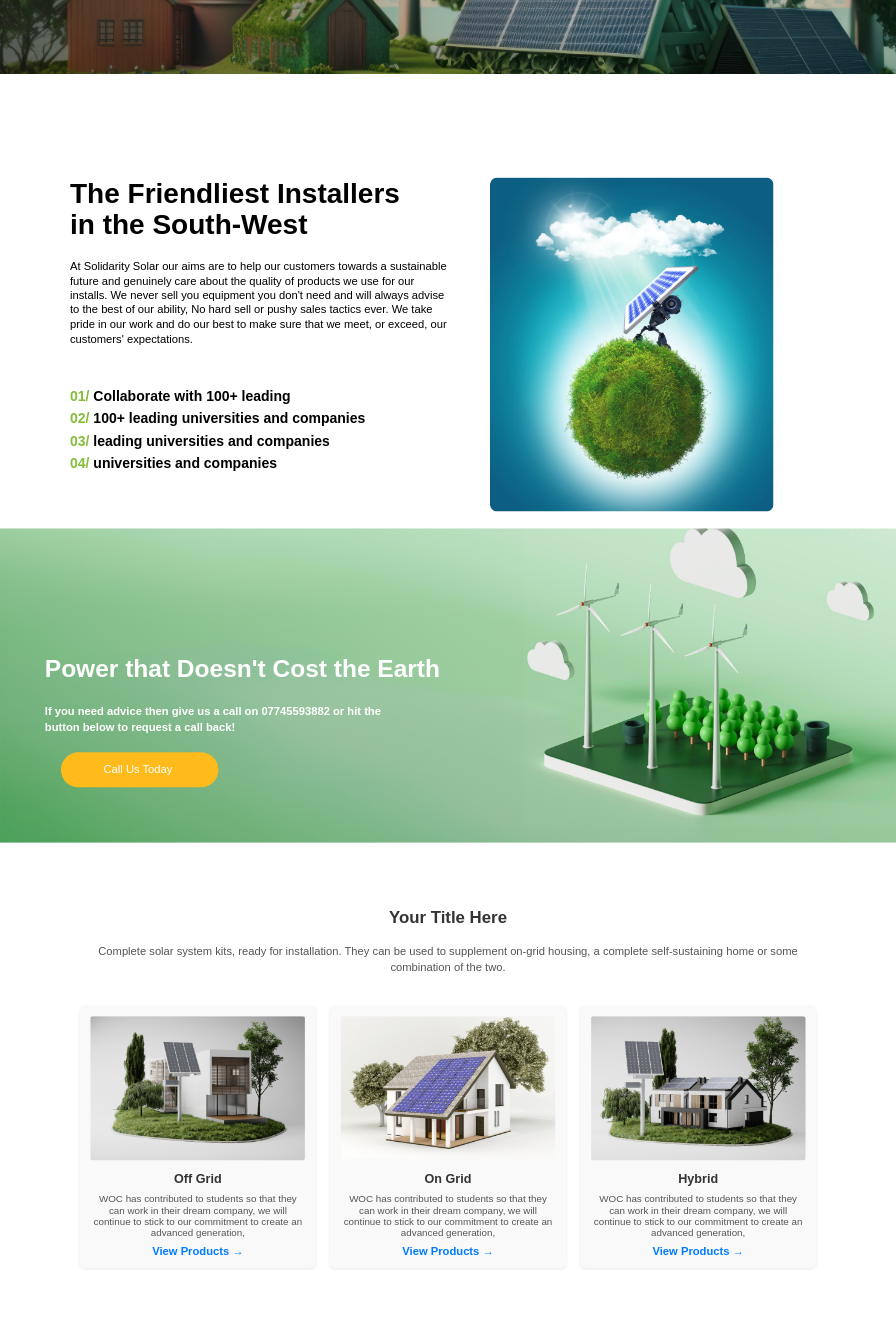
Repository: MaramNabil872/Landing-Page
Page: landingPage.html
These files come from the project's save history. The page is drawn as it stood at one moment and after the next save; the edit follows.
The browser window is 1280 px wide. The pictures show the part of the page from y = 674 to 2594 px (the page is 2576 px tall before and 2594 px after), at 70% of full size.

Above is the page before, as saved 2024-10-20 22:08:52.

After the next save:
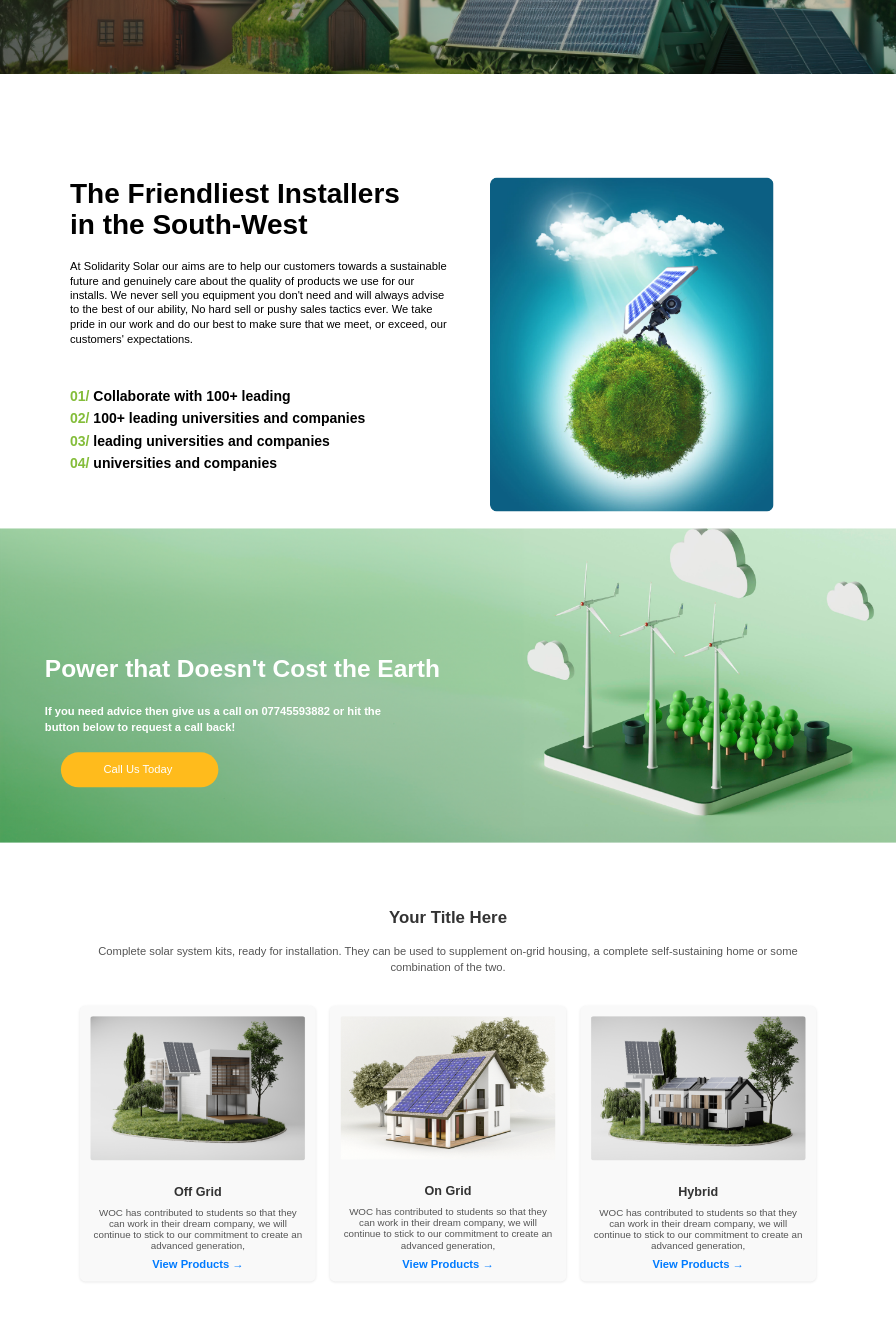
Saved 12 s later.
--- a/landingPage.css
+++ b/landingPage.css
@@ -259,7 +259,7 @@ font-size: 35px;
 .card-title {
     font-size: 18px;
     color: #333;
-    margin-top: 4%;
+    margin-top: 10%;
 
 }
 
